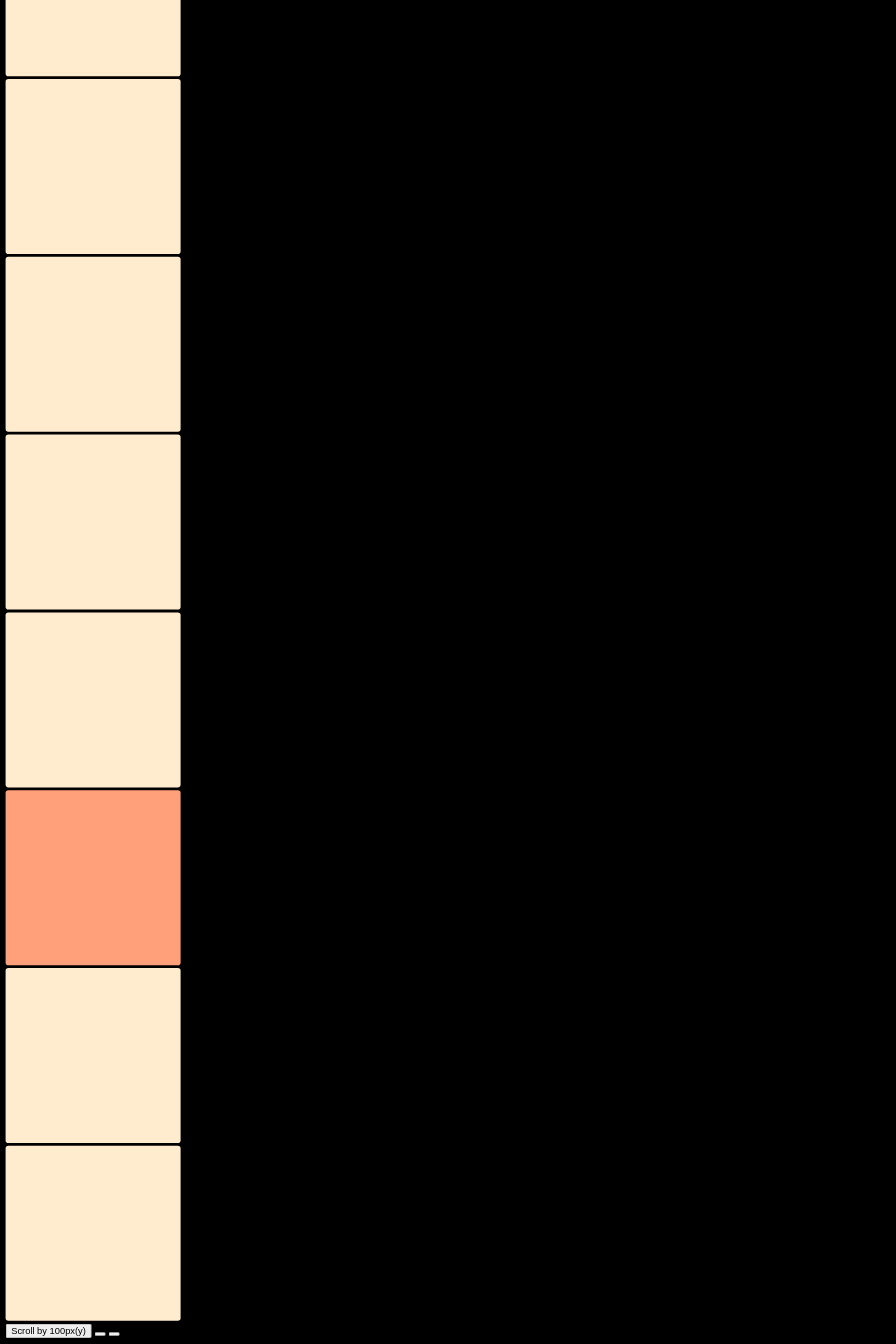
Repository: woojinShim/Browser-Study
Page: window-coordinates.html
An editor plug-in stored every save of this project. The page is shown before and after the next save, followed by the edit.
The browser window is 1280 px wide. The pictures show the part of the page from y = 657 to 2577 px (the page is 2577 px tall), at 70% of full size.

Above is the page before, as saved 2022-02-02 20:40:22.

### window-coordinates.html
<!DOCTYPE html>
<html lang="en">
<head>
    <meta charset="UTF-8">
    <meta http-equiv="X-UA-Compatible" content="IE=edge">
    <meta name="viewport" content="width=device-width, initial-scale=1.0">
    <title>Coordinates</title>
    <style>
        body {
            background-color: black;
            /* overflow: hidden; */
        }

        div {
            width: 250px;
            height: 250px;
            background-color: blanchedalmond;
            margin-bottom: 4px;
            border-radius: 4px;
        }

        .special {
            background-color: lightsalmon;
        }


    </style>
</head>
<body>

    <div></div>
    <div></div>
    <div></div>
    <div></div>
    <div></div>
    <div></div>
    <div></div>
    <div class="special"></div>
    <div></div>
    <div></div>
    <aside>
        <button class="scroll-by">Scroll by 100px(y)</button>
        <button class="scroll-to"></button>
        <button class="scroll-into"></button>
    </aside>
    <script>
        const special = document.querySelector('.special');
        special.addEventListener('click', (event) => {
            const rect = special.getBoundingClientRect();
            console.log(rect);
            console.log(`client: ${event.clientX}, ${event.clientY}`);
            console.log(`page: ${event.pageX}, ${event.pageY}`);
        });
    </script>
</body>
</html>

After the next save:
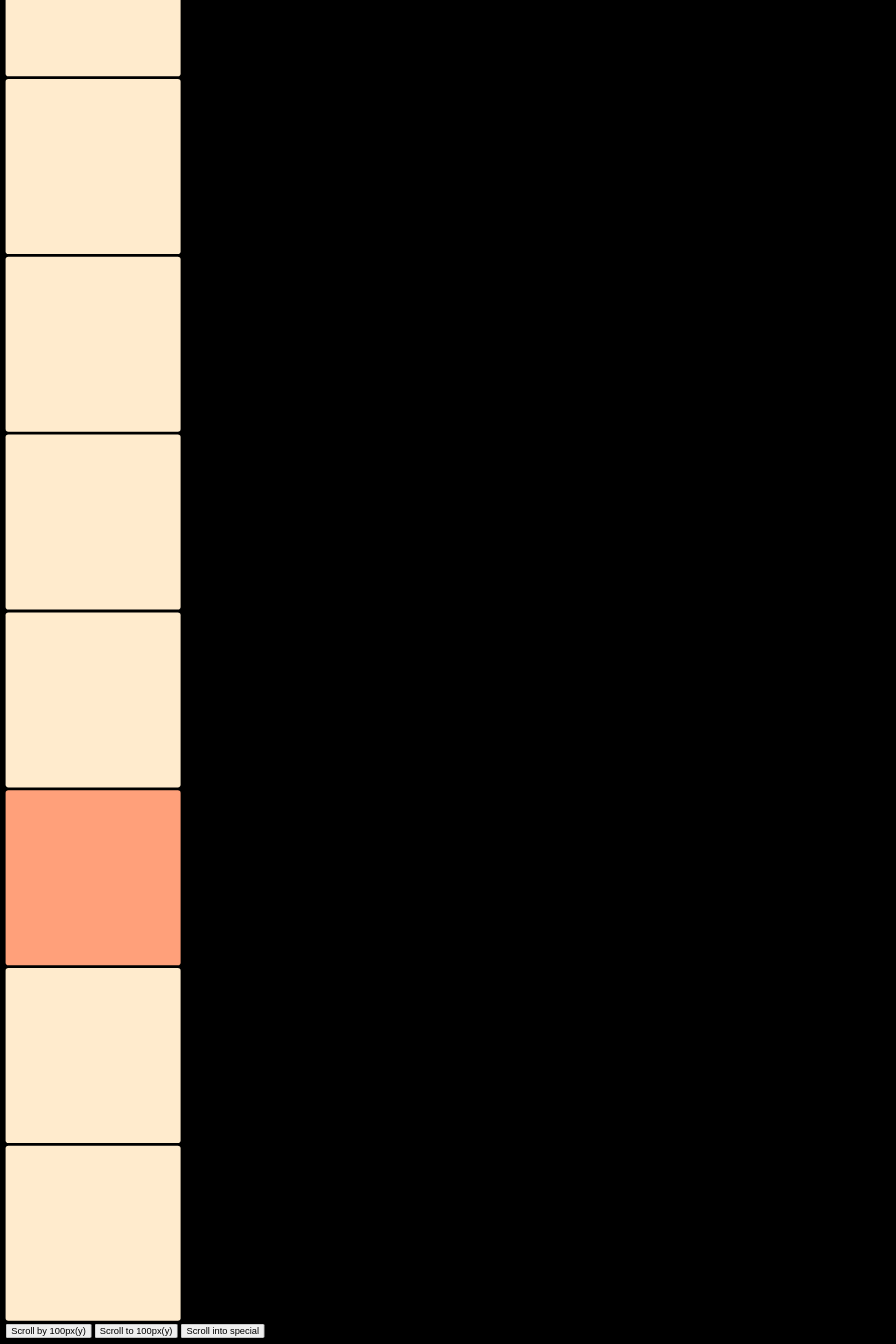
Saved 42 s later.
--- a/window-coordinates.html
+++ b/window-coordinates.html
@@ -40,8 +40,8 @@
     <div></div>
     <aside>
         <button class="scroll-by">Scroll by 100px(y)</button>
-        <button class="scroll-to"></button>
-        <button class="scroll-into"></button>
+        <button class="scroll-to">Scroll to 100px(y)</button>
+        <button class="scroll-into">Scroll into special</button>
     </aside>
     <script>
         const special = document.querySelector('.special');
